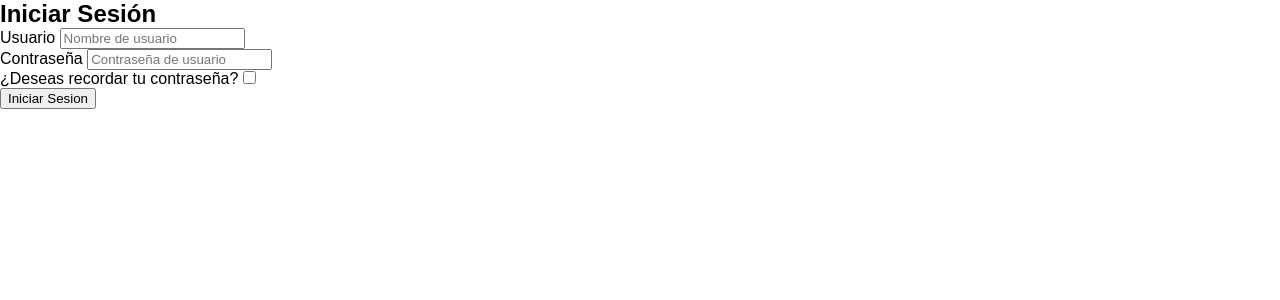
Repository: taborracho/Formulario
Page: index.html
An editor plug-in stored every save of this project. The page is shown before and after the next save, followed by the edit.
The browser window is 1280 px wide. The pictures show the whole page.

Above is the page before, as saved 2021-07-14 19:34:18.

### index.html
<!DOCTYPE html>
<html lang="es">
  <head>
    <meta charset="UTF-8" />
    <meta http-equiv="X-UA-Compatible" content="IE=edge" />
    <meta name="viewport" content="width=device-width, initial-scale=1.0" />
    <title>Iniciar Sesion</title>

    <!-- Estilos CSS -->
    <link rel="stylesheet" href="./styles/styles.css">

  </head>
  <body class="bg-matica">
    <!-- Seccion login -->
    <section class="screen-form">
      <!-- Contenedor del formulario -->
      <div class="bg-white form-container">
        <form action="" method="POST" >
          <!-- Contenedor del titulo -->
          <div>
            <h1 class="header-color">Iniciar Sesi&oacute;n</h1>
          </div>

          <!-- Inputs de inicio de sesion-->
          <div>
            <label for="usuario">Usuario</label>
            <input type="text" id="usuario" placeholder="Nombre de usuario" />
          </div>

          <div>
            <label for="password">Contraseña</label>
            <input
              type="password"
              id="password"
              placeholder="Contraseña de usuario"
            />
          </div>

          <div>
            <label for="check">¿Deseas recordar tu contraseña?</label>
            <input type="checkbox" id="check" />
          </div>

          <div>
              <button type="submit">Iniciar Sesion</button>
          </div>
        </form>
      </div>
    </section>
  </body>
</html>

### styles/styles.css
/*Estilos Genarales*/
* {
    font-family: Arial, Helvetica, sans-serif;
    margin: 0;
}

/* Color del titulo */
.header-titulo {
    color: #2168ec;
}

/* Imagen de fondo */

/* contendedor formulario */

/* contenedores de inputs */

/* estilos de botones */

/*Alineacion Formulario*/

After the next save:
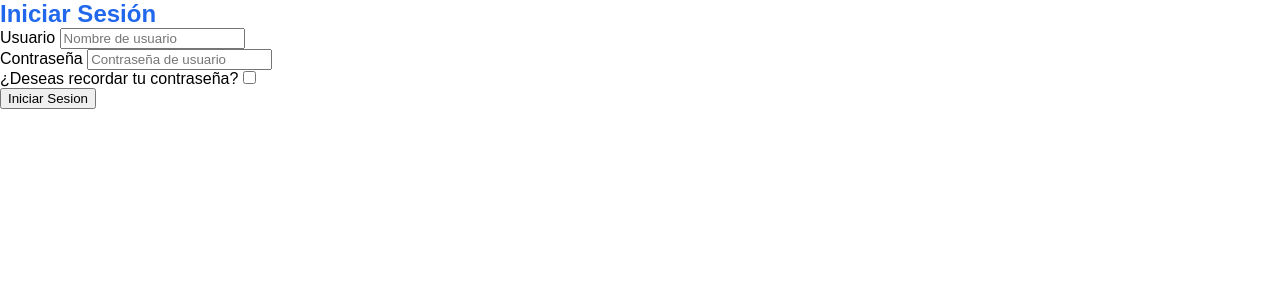
Saved 15 s later.
--- a/styles/styles.css
+++ b/styles/styles.css
@@ -5,7 +5,7 @@
 }
 
 /* Color del titulo */
-.header-titulo {
+.header-color {
     color: #2168ec;
 }
 
